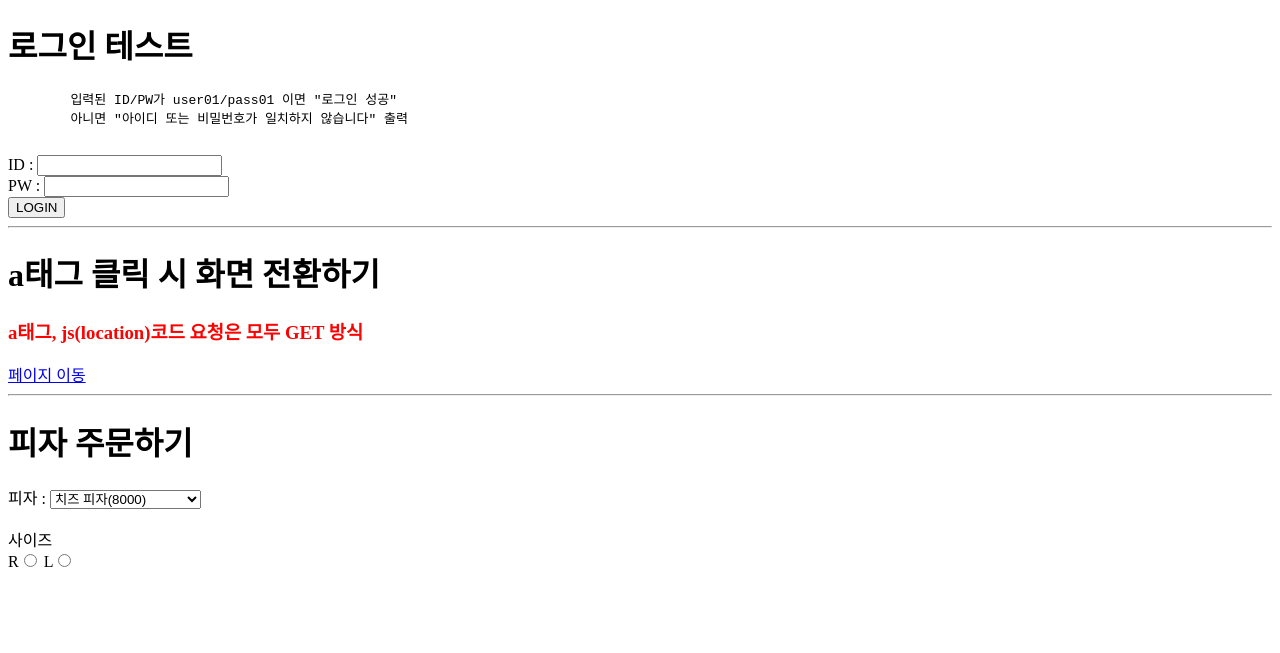
Repository: Rabsterd/6_Server
Page: JSPProject1/src/main/webapp/index.html
An editor plug-in stored every save of this project. The page is shown before and after the next save, followed by the edit.
The browser window is 1280 px wide. The pictures show the whole page.

Above is the page before, as saved 2023-09-18 02:05:02.

### JSPProject1/src/main/webapp/index.html
<!DOCTYPE html>
<html lang="en">
<head>
    <meta charset="UTF-8">
    <meta name="viewport" content="width=device-width, initial-scale=1.0">
    <title>JSP Project1</title>
</head>
<body>
    <h1>로그인 테스트</h1>

    <pre>
        입력된 ID/PW가 user01/pass01 이면 "로그인 성공"
        아니면 "아이디 또는 비밀번호가 일치하지 않습니다" 출력
    </pre>

    <form action="/login" method="post">
        ID : <input type="text" name="id"> <br>
        PW : <input type="password" name="pw"> <br>
        <button>LOGIN</button>
    </form>

    <hr>

    <h1>a태그 클릭 시 화면 전환하기</h1>

    <h3 style="color: red;">a태그, js(location)코드 요청은 모두 GET 방식</h3>

    <a href="/test/result">페이지 이동</a>



    <hr>

    <h1>피자 주문하기</h1>

    <form action="/pizzaOrder" method="post">
		피자 :
		<select name="pizza">
			<option value="1">치즈 피자(8000)</option>
			<option value="2">콤비네이션 피자(9000)</option>
			<option value="3">핫치킨 피자(10000)</option>
		</select>

		<br><br>

		사이즈 <br>
		<label>
			R<input type="radio" name="size" value="R">
		</label>
		<label>
			L<input type="radio" name="size" value="L">
		</label>
	</form>
</body>
</html>

After the next save:
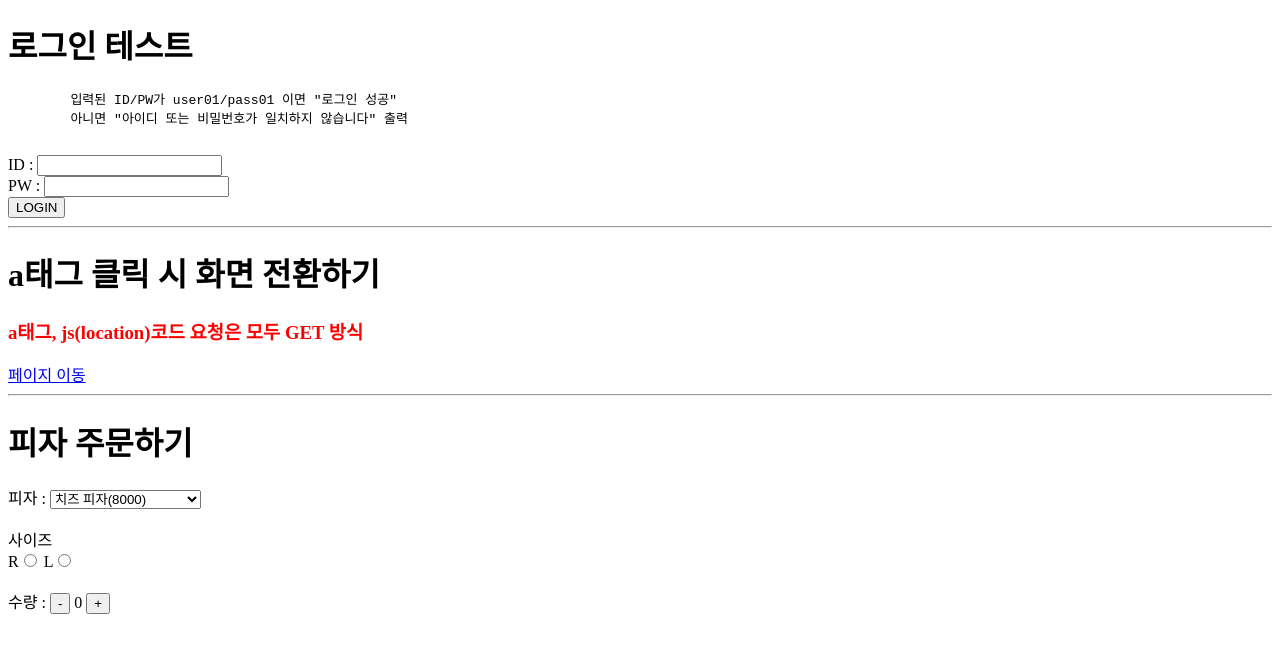
Saved 62 s later.
--- a/JSPProject1/src/main/webapp/index.html
+++ b/JSPProject1/src/main/webapp/index.html
@@ -50,6 +50,13 @@
 		<label>
 			L<input type="radio" name="size" value="L">
 		</label>
+
+		<br><br>
+
+		수량 :
+		<button>-</button>
+		<span id="amount">0</span>
+		<button>+</button>
 	</form>
 </body>
 </html>
